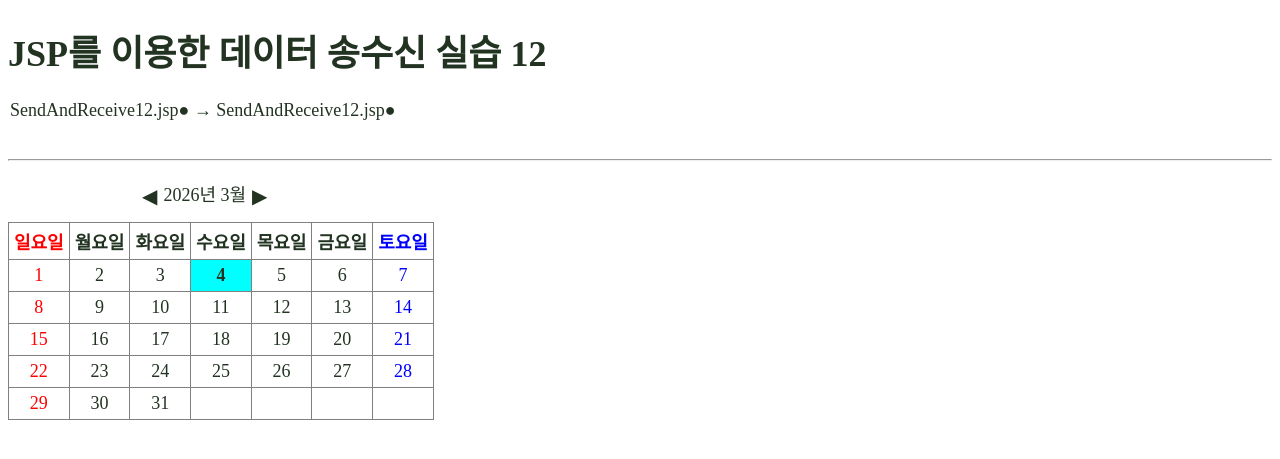
Repository: god5228god/Jsp
Page: http://localhost/WebApp06/SendAndReceive12.jsp
The author's editor kept a copy of each file at every save. The page is drawn from the files as they stood at one save, then again after the next save.
The browser window is 1280 px wide. The pictures show the whole page.
The page is served by Tomcat 9.

Above is the page before, as saved 2026-03-04 07:37:02.

### WebApp06/WebContent/SendAndReceive12.jsp
<%@page import="java.util.Calendar"%>
<%@ page contentType="text/html; charset=UTF-8"%>
<%
	String sYear = request.getParameter("year");
	String sMonth = request.getParameter("month");

	Calendar cal = Calendar.getInstance();

	int nowYear = cal.get(Calendar.YEAR);
	int nowMonth = cal.get(Calendar.MONTH)+1;
	int nowDay = cal.get(Calendar.DAY_OF_WEEK);
	int nowDate = cal.get(Calendar.DATE);
	int selectYear, selectMonth;

	if (sYear == null || sYear.equals("") || sMonth == null || sMonth.equals("")) {
        selectYear = nowYear;
        selectMonth = nowMonth;
    } else {
        selectYear = Integer.parseInt(sYear);
        selectMonth = Integer.parseInt(sMonth);
    }
    cal.set(selectYear, selectMonth - 1, 1);

	String[] weekNames = {"일요일", "월요일", "화요일", "수요일", "목요일", "금요일", "토요일"};
	int startDay = cal.get(Calendar.DAY_OF_WEEK);     // 1일의 요일
    int lastDay = cal.getActualMaximum(Calendar.DATE); // 해당 월의 마지막 날짜

	// 달력 그리기
	String calStr ="";

	calStr += "<table border='1'>";
	calStr += "<tr>";
	for(int i = 0; i<weekNames.length; i++){
		//calStr += "<th>" + weekNames[i] +"</th>";
		if(i==0)
			calStr += "<th class='sun'>" + weekNames[i] + "</th>";
		else if(i==6)
			calStr += "<th class='sat'>" + weekNames[i] + "</th>";
		else
			calStr += "<th>" + weekNames[i] + "</th>";
	}
	calStr += "</tr><tr>";
	for(int i = 1 ; i<startDay;i++)
		calStr +="<td></td>";

	int week = startDay;
	for(int i = 1; i<=lastDay; i++, week++)
	{

		if(selectYear==nowYear&& selectMonth==nowMonth&& i==nowDay){
			if(week%7==1){
				calStr +="<td class='nowSun'>"+i+"</td>";
			}else if(week%7==0){
				calStr +="<td class='nowSat'>"+i+"</td>";
			}else{
				calStr +="<td class='now'>"+i+"</td>";
			}
		}else{
			if(week%7==1){
				calStr +="<td class='sun'>"+i+"</td>";
			}else if(week%7==0){
				calStr +="<td class='sat'>"+i+"</td>";
			}else{
				calStr +="<td>"+i+"</td>";
			}
		}
		//calStr += "<td>"+ i + "</td>";
		if(week%7==0){
			calStr += "</tr><tr>";
		}
	}

	for(int i=1; i<=week; i++, week++)
	{
		if((week-1)%7==0)
			break;
		calStr += "<td></td>";
	}
	calStr += "</tr>";
	calStr += "</table>";


%>
<!DOCTYPE html>
<html>
<head>
<meta charset="UTF-8">
<title>SendAndReceive12.jsp</title>
<link rel="stylesheet" type="text/css" href="css/main.css" />
<style type="text/css">
.wrap{width: 456px; }
#calForm{margin: 0 auto; }
form{height: 50px;  width: 200px; }
form>*{float: left; line-height: 50px;}
p{background-color: #fff; display:inline-block; height: 50px; margin: 0 2px;}
button{background-color: #fff; border:none; font-size: 20px; cursor: pointer;}
table{border-collapse: collapse;}
tr>*{text-align: center; padding: 5px;}
td.now{background-color: aqua; font-weight: bold;}
.sat{color: blue;}
.sun{color: red;}
td.nowSat{background-color: aqua; font-weight: bold; color: blue;}
td.nowSun{background-color: aqua; font-weight: bold; color: red;}

</style>
<script type="text/javascript">
	function changeDate(num){
		let yearStr = document.getElementById("year");
		let monthStr = document.getElementById("month");
		let year = parseInt(yearStr.value);
		let month = parseInt(monthStr.value)+num;

		if(month < 1){
			year--;
			month = 12;
		}else if(month > 12){
			year++;
			month = 1;
		}
		yearStr.value = year;
		monthStr.value = month;

		document.getElementById("calForm").submit();
	}

</script>
</head>
<body>
<div>
	<h1>JSP를 이용한 데이터 송수신 실습 12</h1>
	<p>SendAndReceive12.jsp● → SendAndReceive12.jsp●</p>
	<hr />
</div>
<!--
	○ 데이터 송수신 실습

		- 사용자가 선택한 연도와 월에 대해 달력을 구성하는 JSP 페이지를 구성한다.
		- 단, submit 버튼 없이 이벤트 처리를 할 수 있도록 하낟.
		- 전송한 내용을 자신 페이지로 수신하여 출력해주는 형태의 단독 페이지로 구성한다.

		페이지 레이아웃
		-------------------------------------------------------

		       ◀ 2026년 3월 ▶
		  ----------------------------
		  ---- 해당 년 월의 달력 -----
		  ----------------------------
		  ----------------------------
		-------------------------------------------------------

		- ◀▶ 클릭 시 해당 년 월의 달력을 출력해주는 형태의 페이지로 구성한다.
		- 사용자 최초 요청 주소
	      http://localhost:3306/WebApp06/SendAndReceive12.jsp

	   - 물리적 파일 구성
	     ·SendAndReceive12.jsp

 -->
<div class="wrap">
	<form method="post" id="calForm">
		<button class="prev" onclick="changeDate(-1)">◀</button>
		<div class="dateWrap">
			<input type="hidden" id="year" name="year" value="<%= selectYear %>"><%= selectYear %>년
			<input type="hidden" id="month" name="month" value="<%= selectMonth %>"><%= selectMonth %>월
		</div>
		<button class="next" onclick="changeDate(1)">▶</button>
	</form>
</div>

<div class="wrap">
<%= calStr %>
</div>
</body>
</html>

### WebApp06/WebContent/css/main.css
@charset "UTF-8";

*
{
	color: #223322;
	font-family: 나눔고딕코딩;
}

body, p, div, span, input, table, th, td, select
{
	font-size: 18px;
}

.control
{
	border: 1px solid gray;
	border-radius: 3px ;
}

.table
{
	border-collapse: collapse;
	width: 100%;
}

.table th, .table td
{
	border: 1px solid gray;
	border-left: 0;
	border-right: 0;
	padding: 3px;
	line-height: 150%;
}

.table th
{
	font-weight: bold;
	background-color: #eee;
}

.btn
{
	font-weight: bold;
	font-family: 맑은 고딕;

}

.btn:hover
{
	color: #fff;
	background-color: #778877;
}
input[type="text"]:focus
{
	background-color: #dcfccf;
}

After the next save:
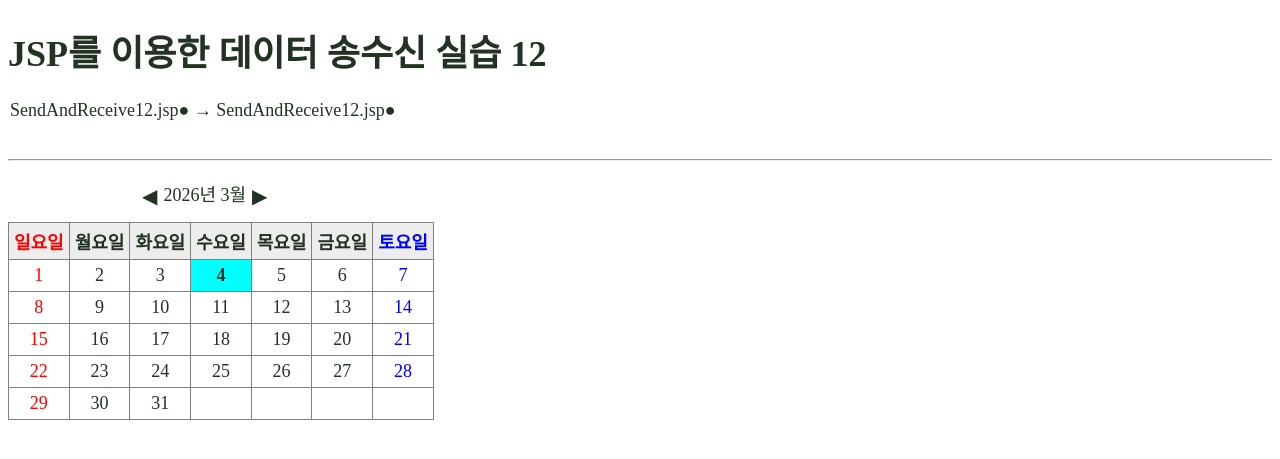
Saved 31 s later.
--- a/WebApp06/WebContent/SendAndReceive12.jsp
+++ b/WebApp06/WebContent/SendAndReceive12.jsp
@@ -95,6 +95,7 @@ form>*{float: left; line-height: 50px;}
 p{background-color: #fff; display:inline-block; height: 50px; margin: 0 2px;}
 button{background-color: #fff; border:none; font-size: 20px; cursor: pointer;}
 table{border-collapse: collapse;}
+th{background-color: #ededed;}
 tr>*{text-align: center; padding: 5px;}
 td.now{background-color: aqua; font-weight: bold;}
 .sat{color: blue;}
